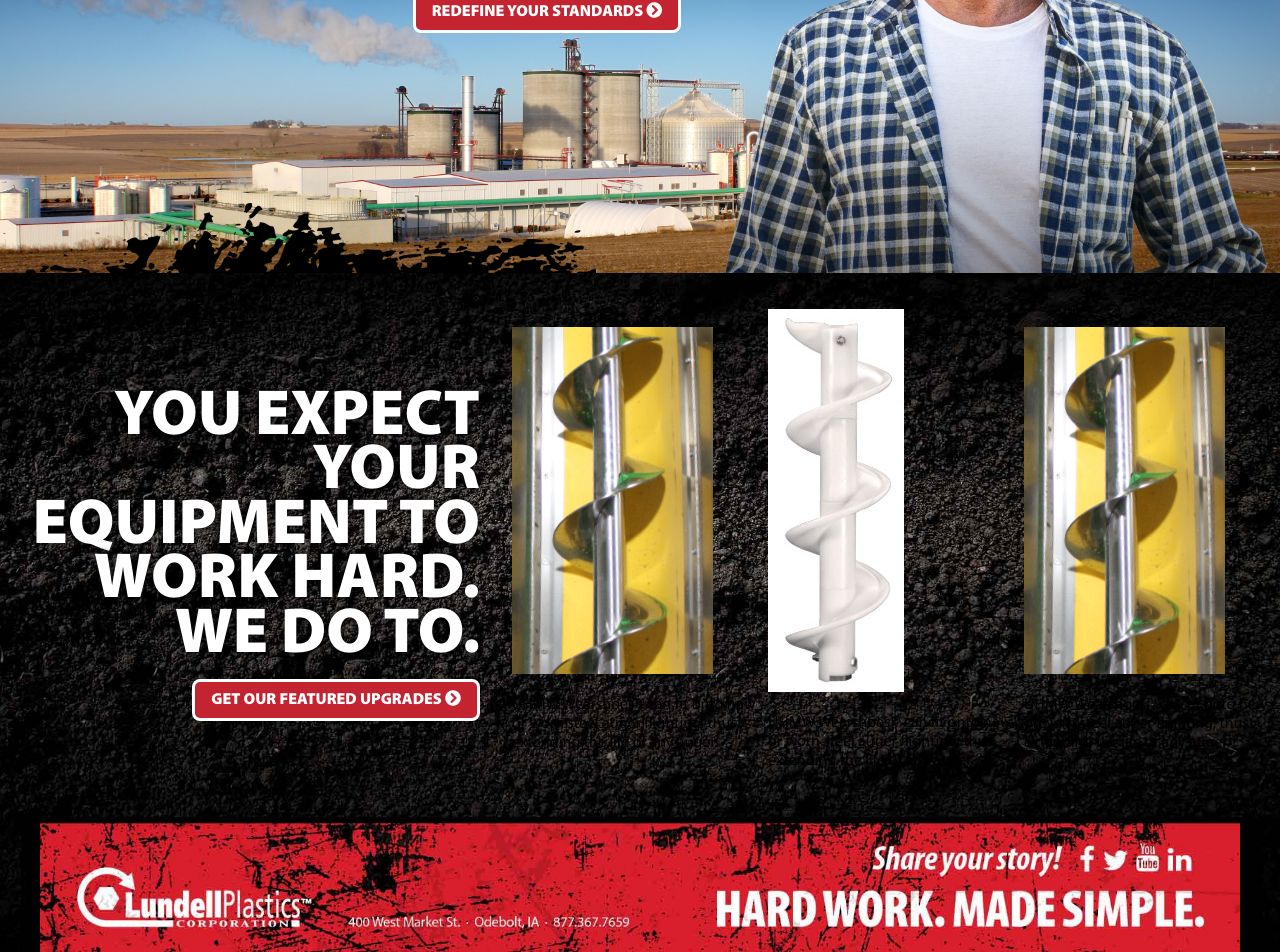
Repository: duc-bsc/lpc-hardwork-campagin-main
Page: html/index.html
These files come from the project's save history. The page is drawn as it stood at one moment and after the next save; the edit follows.
The browser window is 1280 px wide. The pictures show the part of the page from y = 1885 to 2837 px (the page is 2837 px tall).
A picture or video elsewhere on the page could not be fetched, so the positions and the page height are approximate. Some web libraries are served in a nearby version.

Above is the page before, as saved 2022-02-27 09:39:11.

After the next save:
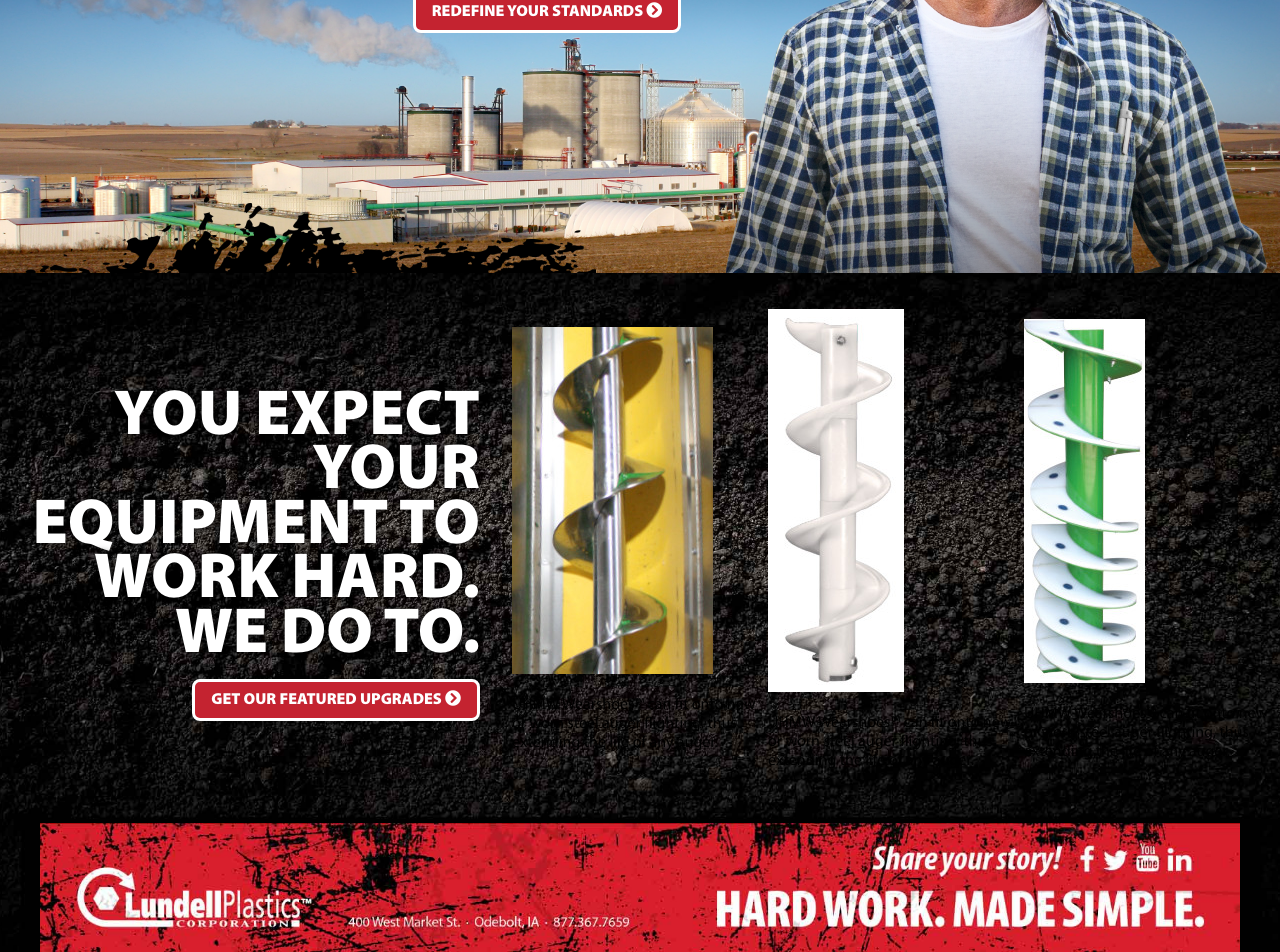
Saved 3 s later.
--- a/html/index.html
+++ b/html/index.html
@@ -153,7 +153,7 @@
                 life of any auger.</p>
           </div>
           <div class="col">
-              <img src="./images/product-1.jpg" alt="">
+              <img src="./images/product-3.jpg" alt="">
               <p>UHMW Wearshoes™ can fit
                 onto new or worn steel auger
                 flighting, thus extending the
